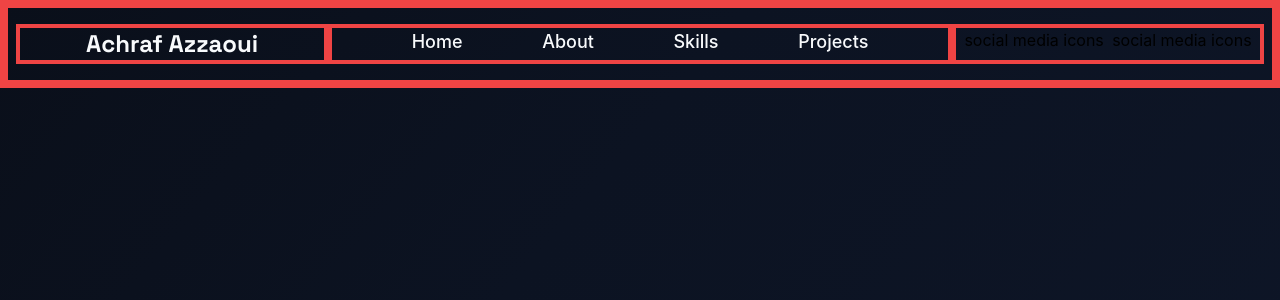
Repository: AchrafAzzaoui/Portfolio-Website
Page: / (app in achrafs-portfolio/)
An editor plug-in stored every save of this project. The page is shown before and after the next save, followed by the edit.
The browser window is 1280 px wide. The pictures show the whole page.
Some web fonts or font styles are not loaded; a fallback is used. The project was rebuilt for these pictures with package versions that can differ from the ones it lists, and the page was loaded fresh each time. Also part of the build but not shown: achrafs-portfolio/vite.config.ts.

Above is the page before, as saved 2025-01-02 21:35:40.

### achrafs-portfolio/index.html
<!DOCTYPE html>
<html lang="en">
  <head>
    <meta charset="UTF-8" />
    <link rel="icon" type="image/svg+xml" href="/vite.svg" />
    <meta name="viewport" content="width=device-width, initial-scale=1.0" />
    <!-- Inter for body text -->
    <link rel="preconnect" href="https://rsms.me/" />
    <link rel="stylesheet" href="https://rsms.me/inter/inter.css" />

    <!-- Space Grotesk for headlines -->
    <link rel="preconnect" href="https://fonts.googleapis.com" />
    <link rel="preconnect" href="https://fonts.gstatic.com" crossorigin />
    <link
      href="https://fonts.googleapis.com/css2?family=Space+Grotesk:wght@500;600;700&display=swap"
      rel="stylesheet"
    />
    <title>Achraf's Portfolio Website</title>
  </head>
  <body>
    <div id="root"></div>
    <script type="module" src="/src/main.tsx"></script>
  </body>
</html>

### achrafs-portfolio/src/index.css
@tailwind base;
@tailwind components;
@tailwind utilities;
@tailwind base;
@tailwind components;
@tailwind utilities;

@layer base {
  * {
    margin: 0;
    padding: 0;
    box-sizing: border-box;
  }

  html {
    scroll-behavior: smooth;
  }

  body {
    @apply font-sans antialiased;
  }

  ul,
  ol {
    list-style: none;
  }

  a {
    text-decoration: none;
    color: inherit;
  }

  img {
    max-width: 100%;
    height: auto;
  }

  button {
    background: none;
    border: none;
    cursor: pointer;
  }
}

### achrafs-portfolio/src/App.tsx
import "./index.css";
import Header from "./components/layout/Header.tsx";
export default function App() {
  return (
    <div className="min-h-screen bg-gradient-dark">
      <Header />
    </div>
  );
}

### achrafs-portfolio/src/components/layout/Header.tsx
import { useState } from "react";

export default function Header() {
  const [isMenuOpen, setIsMenuOpen] = useState(false);

  return (
    <header className="px-2 py-4 border-8 border-red-500">
      <nav className="flex ">
        <div className="basis-1/4 flex-auto flex justify-center align-middle font-display font-bold text-dark-text-primary border-4 border-red-500">
          <h2 className="text-2xl">Achraf Azzaoui</h2>
        </div>
        <div className="basis-2/4 flex-auto flex justify-evenly align-middle border-4 border-red-500">
          <a
            href="#home"
            className="font-sans font-medium text-dark-text-primary text-lg"
          >
            Home
          </a>
          <a
            href="#about"
            className="font-sans font-medium text-dark-text-primary text-lg"
          >
            About
          </a>
          <a
            href="#skills"
            className="font-sans font-medium text-dark-text-primary text-lg"
          >
            Skills
          </a>
          <a
            href="#projects"
            className="font-sans font-medium text-dark-text-primary text-lg"
          >
            Projects
          </a>
        </div>
        <div className="basis-1/4 flex-auto flex justify-evenly align-middle border-4 border-red-500">
          <h1>social media icons</h1>
          <h1>social media icons</h1>
        </div>
      </nav>
    </header>
  );
}

### achrafs-portfolio/tailwind.config.js
/** @type {import('tailwindcss').Config} */
const defaultTheme = require("tailwindcss/defaultTheme");

export default {
  content: ["./index.html", "./src/**/*.{js,ts,jsx,tsx}"],
  theme: {
    extend: {
      backgroundImage: {
        "gradient-dark":
          "linear-gradient(130deg, #0A0F1A 0%, #0C1322 40%, #0E1628 100%)",
        "gradient-light":
          "linear-gradient(130deg, #F8FAFC 0%, #EEF2F6 40%, #E2E8F0 100%)", // Light theme gradient
      },
      colors: {
        // Dark theme
        dark: {
          text: {
            primary: "#F8FAFC", // Almost white
            secondary: "#94A3B8", // Lighter gray
            muted: "#64748B", // Muted gray
          },
        },
        // Light theme
        light: {
          text: {
            primary: "#0F172A", // Very dark blue/gray
            secondary: "#334155", // Dark gray
            muted: "#64748B", // Same as dark for balance
          },
        },
      },
      fontFamily: {
        sans: ["Inter", ...defaultTheme.fontFamily.sans],
        display: ["Space Grotesk", ...defaultTheme.fontFamily.sans],
      },
    },
  },
  plugins: [],
};

Loaded but not shown: achrafs-portfolio/src/main.tsx (common file)

After the next save:
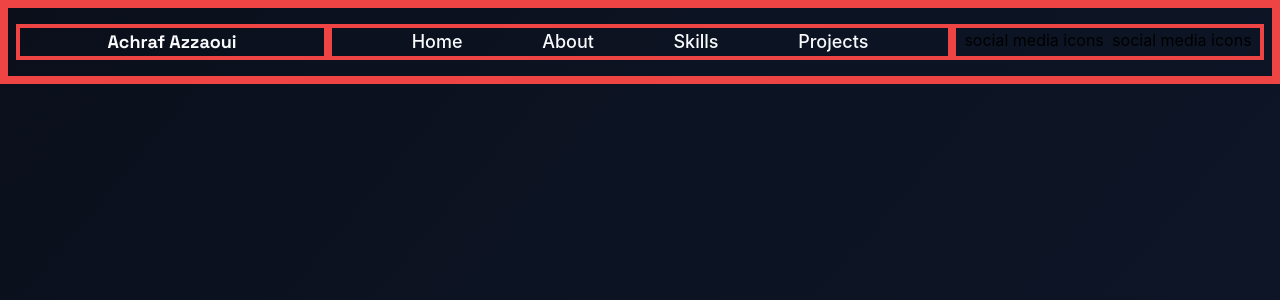
Saved 8 s later.
--- a/achrafs-portfolio/src/components/layout/Header.tsx
+++ b/achrafs-portfolio/src/components/layout/Header.tsx
@@ -7,7 +7,7 @@ export default function Header() {
     <header className="px-2 py-4 border-8 border-red-500">
       <nav className="flex ">
         <div className="basis-1/4 flex-auto flex justify-center align-middle font-display font-bold text-dark-text-primary border-4 border-red-500">
-          <h2 className="text-2xl">Achraf Azzaoui</h2>
+          <h2 className="text-lg">Achraf Azzaoui</h2>
         </div>
         <div className="basis-2/4 flex-auto flex justify-evenly align-middle border-4 border-red-500">
           <a
